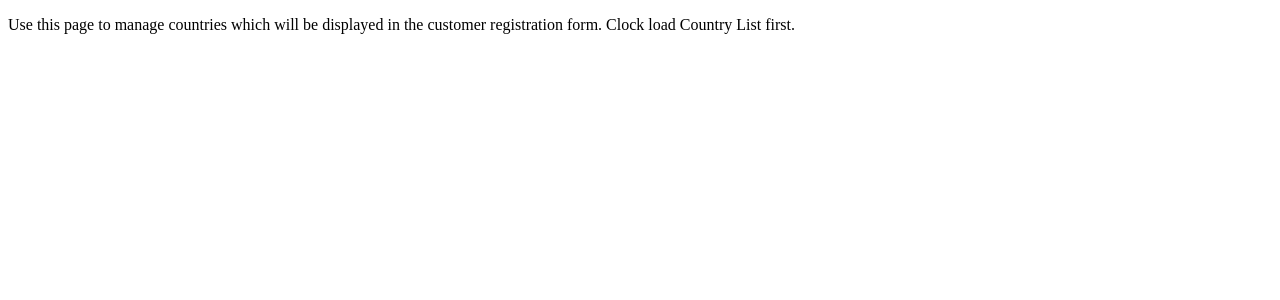
Repository: phongdz-cloud/SpringBoot-Ecommerce
Page: http://localhost/settings/states
These files come from the project's save history. The page is drawn as it stood at one moment and after the next save; the edit follows.
The browser window is 1280 px wide. The pictures show the whole page.
The page is this project's Thymeleaf template; nobody is signed in. The template is opened directly, without the code that normally fills it, so the values that code supplies are empty.

Above is the page before, as saved 2022-01-07 02:29:24.

### ShopmeProject/ShopmeWebParent/ShopmeBackend/src/main/resources/templates/settings/states.html
<!DOCTYPE html>
<html xmlns:th="http://www.thymleaf.org">

<body>
	<div th:fragment="content" th:remove="tag">
		<div>
			<p>
					Use this page to manage countries which will be displayed in the customer registration form.
					Clock load Country List first.

			</p>
		</div>
	</div>
</body>

</html>

After the next save:
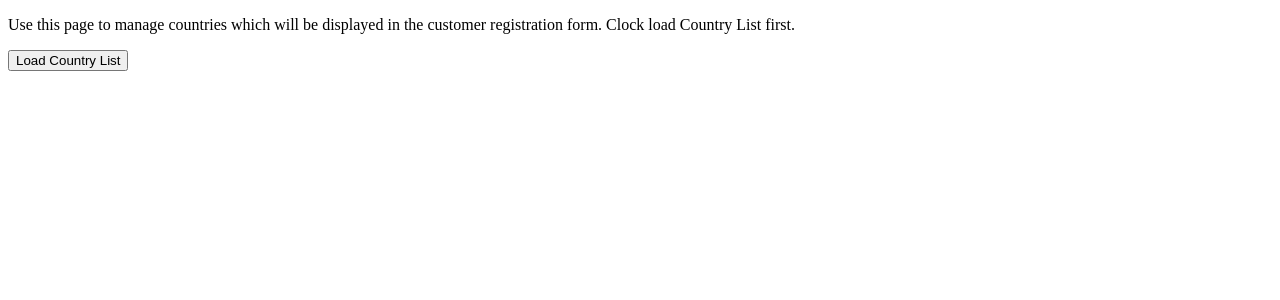
Saved 115 s later.
--- a/ShopmeProject/ShopmeWebParent/ShopmeBackend/src/main/resources/templates/settings/states.html
+++ b/ShopmeProject/ShopmeWebParent/ShopmeBackend/src/main/resources/templates/settings/states.html
@@ -7,8 +7,10 @@
 			<p>
 					Use this page to manage countries which will be displayed in the customer registration form.
 					Clock load Country List first.
-
 			</p>
+			<div>
+				<input type="button" value= "Load Country List" class="btn btn-primary" />
+			</div>
 		</div>
 	</div>
 </body>
